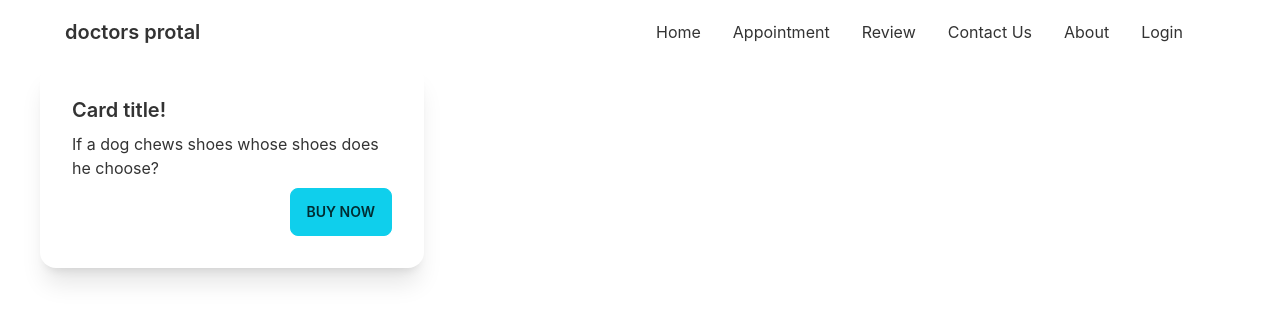
Repository: mdrubel02/doctor-protal
Page: /login
An editor plug-in stored every save of this project. The page is shown before and after the next save, followed by the edit.
The browser window is 1280 px wide. The pictures show the whole page.
The project was rebuilt for these pictures with package versions that can differ from the ones it lists, and the page was loaded fresh each time. Also part of the build but not shown: src/App.css, src/Pages/About/About.js, src/Pages/Shared/Footer/Footer.js, src/Pages/Appointment/AppointmentBanner.js, src/Pages/Appointment/BookingModal.js, src/Pages/Appointment/Service.js, src/Pages/Appointment/AvailableAppointment.js, src/Pages/Appointment/Appointment.js and 2 more. Imported but missing from the stored project, and not drawn on this page: src/Pages/Contact/Contact.

Above is the page before, as saved 2022-05-14 16:04:10.

### src/App.js

import { Route, Routes } from 'react-router-dom';
import './App.css';
import About from './Pages/About/About';
import Appointment from './Pages/Appointment/Appointment';
import Contact from './Pages/Contact/Contact';
import Home from './Pages/Home/Home';
import Login from './Pages/Login/Login';
import Review from './Pages/Review/Review';
import Navbar from './Pages/Shared/Navbar';

function App() {
  return (
    <div className='max-w-1xl mx-auto px-10 ' >
      <Navbar></Navbar>
      <Routes>
        <Route path='/' element={<Home/>}/>
        <Route path='/about' element={<About/>}/>
        <Route path='/appointment' element={<Appointment/>}/>
        <Route path='/review' element={<Review/>}/>
        <Route path='/contact' element={<Contact/>}/>
        <Route path='/login' element={<Login/>}/>
      </Routes>
    </div>
  );
}

export default App;

### src/Pages/Login/Login.js
import React from 'react';

const Login = () => {
    return (
        <div>
            <div className="card w-96 bg-base-100 shadow-xl">
                <div className="card-body">
                    <h2 className="card-title">Card title!</h2>
                    <p>If a dog chews shoes whose shoes does he choose?</p>
                    <div className="card-actions justify-end">
                        <button className="btn btn-primary">Buy Now</button>
                    </div>
                </div>
            </div>
        </div>
    );
};

export default Login;

### src/Pages/Shared/Navbar.js
import React from 'react';
import { Link } from 'react-router-dom';

const Navbar = () => {
    const menuItems = <>
        <li><Link to='/'>Home</Link></li>
        <li><Link to='/appointment'>Appointment</Link></li>
        <li><Link to='/review'>Review</Link></li>
        <li><Link to='/contact'>Contact Us</Link></li>
        <li><Link to='/about'>About</Link></li>
        <li><Link to='login'>Login</Link></li>
    </>
    return (
        <div className="navbar bg-base-100">
            <div className="navbar-start">
                <div className="dropdown">
                    <label tabindex="0" className="btn btn-ghost lg:hidden">
                        <svg xmlns="http://www.w3.org/2000/svg" className="h-5 w-5" fill="none" viewBox="0 0 24 24" stroke="currentColor"><path stroke-linecap="round" stroke-linejoin="round" stroke-width="2" d="M4 6h16M4 12h8m-8 6h16" /></svg>
                    </label>
                    <ul tabindex="0" className="menu menu-compact dropdown-content mt-3 p-2 shadow bg-base-100 rounded-box w-52">
                        {menuItems}
                    </ul>
                </div>
                <Link to='/' className="btn btn-ghost normal-case text-xl">doctors protal</Link>
            </div>
            <div className="navbar-center hidden lg:flex">
                <ul className="menu menu-horizontal p-0">
                    {menuItems}
                </ul>
            </div>

        </div>
    );
};

export default Navbar;

### tailwind.config.js
module.exports = {
  content: ["./src/**/*.{html,js}"],
  daisyui: {
    themes: [
      {
        mytheme: {
          primary: "#0FCFEC",
          secondary: "#19D3AE",
          accent: "#3A4256",
          neutral: "#3d4451",
          "base-100": "#ffffff",
        },
      },
      "dark",
      "cupcake",
    ],
  },
  plugins: [require("daisyui")],
}

Loaded but not shown: public/index.html (common file); src/index.js (common file); src/index.css (common file); src/reportWebVitals.js (common file)

After the next save:
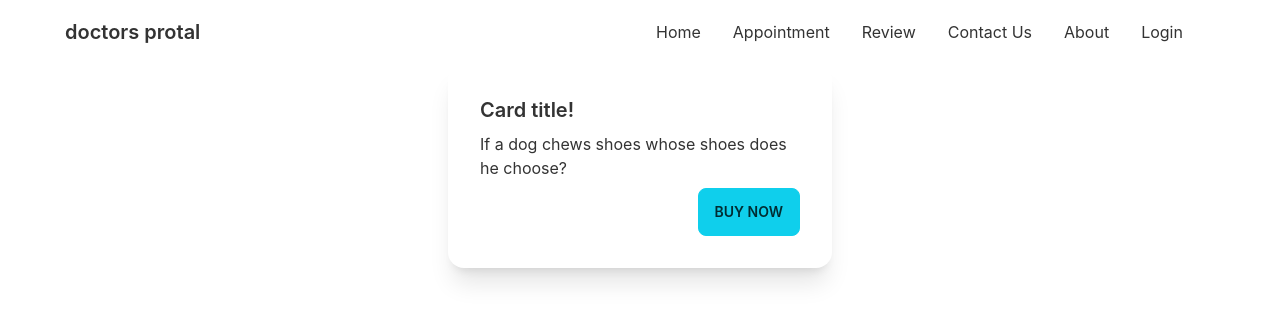
Saved 3 min 0 s later.
--- a/src/Pages/Login/Login.js
+++ b/src/Pages/Login/Login.js
@@ -2,7 +2,7 @@ import React from 'react';
 
 const Login = () => {
     return (
-        <div>
+        <div className='flex justify-center items-center'>
             <div className="card w-96 bg-base-100 shadow-xl">
                 <div className="card-body">
                     <h2 className="card-title">Card title!</h2>
